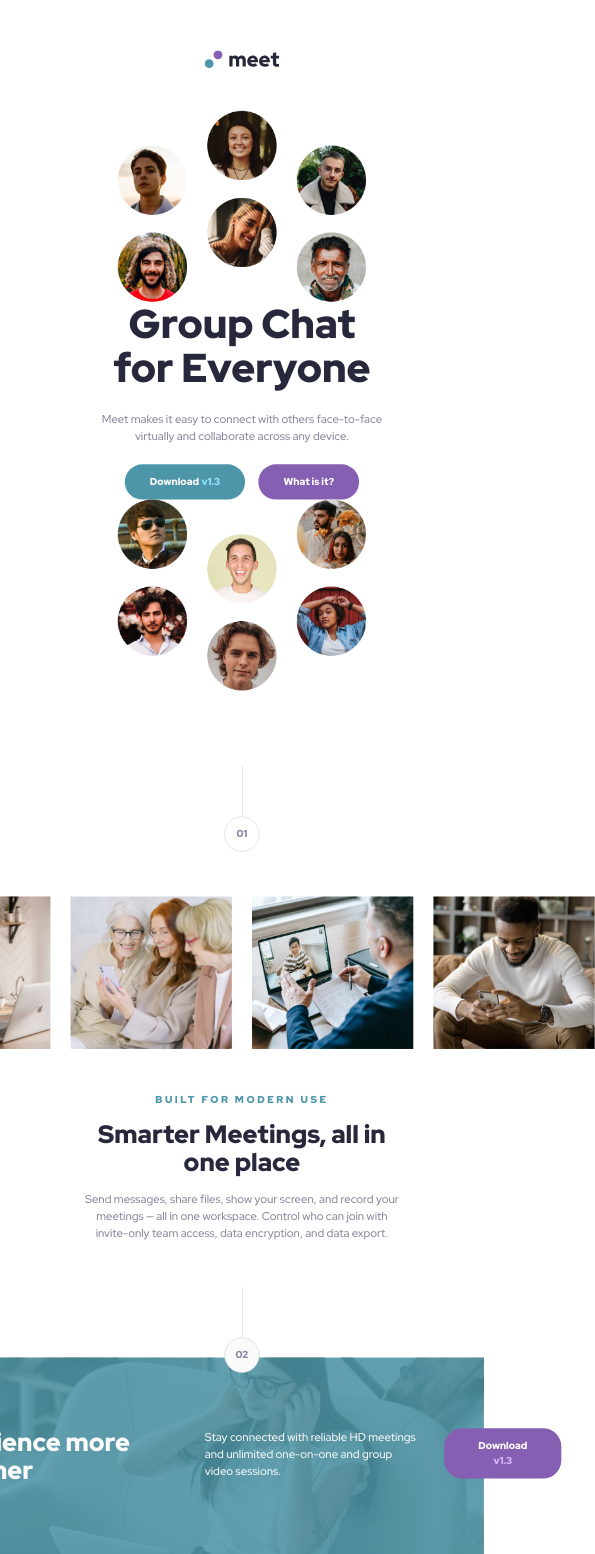
Repository: brandontaylor1/meet-landing-page
Page: index.html
These files come from the project's save history. The page is drawn as it stood at one moment and after the next save; the edit follows.
The browser window is 768 px wide. The page is 944 px wide, so the pictures cover 944 px, including what lies to the right of the window. The pictures show the whole page, at 63% of full size.

Above is the page before, as saved 2025-01-11 23:43:21.

### index.html
<!DOCTYPE html>
<html lang="en">
<head>
    <meta charset="UTF-8">
    <meta name="viewport" content="width=device-width, initial-scale=1.0">
    <link rel="preconnect" href="https://fonts.googleapis.com">
    <link rel="preconnect" href="https://fonts.gstatic.com" crossorigin>
    <link href="https://fonts.googleapis.com/css2?family=Red+Hat+Display:ital,wght@0,300..900;1,300..900&display=swap" rel="stylesheet">
    <link rel="stylesheet" href="styles.css">
    <title>Meet Landing Page</title>
</head>
<body>
    <nav class="navbar">
        <div class="logo-container">
            <img src="./assets/images/logo.svg" alt="meet logo">
        </div>
    </nav>
    <section class="hero-section">
        <img src="./assets/images/image-hero-left.png" class="hero-images"  id="left-faces" alt="Left Faces">
        <div class="hero-content">
            <h1>Group Chat for Everyone</h1>
            <p>Meet makes it easy to connect with others face-to-face virtually and collaborate across any device.</p>
            <div class="btn-container">
                <button class="hero-btn" id="downloadBtn">Download<span>v1.3</span></button>
                <button class="hero-btn" id="whatisitBtn">What is it?</button>
            </div>
        </div>
        <img src="./assets/images/image-hero-right.png" class="hero-images" id="right-faces" alt="Right Faces">
    </section>

    <section class="main-content">
        <div class="content">
            <div class="design-container">
                <div class="gray-line"></div>
                <div class="gray-circle">01</div>
            </div>
            <div class="image-container">
                <img src="./assets/images/image-woman-in-videocall.jpg" alt="woman on video call">
                <img src="./assets/images/image-women-videochatting.jpg" alt="women vidoechatting">
                <img src="./assets/images/image-men-in-meeting.jpg" alt="men in a meeting">
                <img src="./assets/images/image-man-texting.jpg" alt="man texting">
            </div>
            <div class="text-container">
                <h3>Built for Modern Use</h3>
                <h2>Smarter Meetings, all in one place</h2>
                <p>Send messages, share files, show your screen, and record your meetings — all in one workspace. Control who can join with invite-only team access, data encryption, and data export.</p>
            </div>
        </div>
    </section>
    <div class="design-container">
        <div class="gray-line"></div>
        <div class="gray-circle white">02</div>
    </div>
    <section class="footer">
        <div class="footer-grid">
            <h2>Experience more together</h2>
            <p>Stay connected with reliable HD meetings and unlimited one-on-one and group video sessions.</p>
            <button class="hero-btn" id="whatisitBtn">Download <span class="footer-span">v1.3</span></button>
        </div>
    </section>

</body>
</html>

### styles.css
* {
    margin: 0;
    padding: 0;
    box-sizing: border-box
}

:root {
    --color-white: #FAFAFA;
    --color-slate: #87879D;
    --color-lightslate: #D1D1DF;
    --color-darkslate: #28283D;
    --color-cyan: #4D96A9;
    --color-purple: #855FB1;
    --color-lightcyan: #8FE3F9;
    --color-lightpurple: #D9B8FF;

    font-size: 16px;

}

.white {
    background-color: var(--color-white);
}

.navbar {
    display: flex;
    padding: 80px 80px 0px 80px;
    flex-direction: column;
    justify-content: flex-end;
    align-items: center;
    gap: var(--spacing-100, 8px);
    align-self: stretch;

}

.hero-section {
    display: flex;
    justify-content: space-between;
    align-items: center;
    padding: 4rem 5rem;
    height: auto;
    width: 100%;
}

.left-faces {
    padding-right: 95px;
    padding-bottom: 57px;
}

.right-faces {
    padding-left: 95px;
    padding-top: 57px;
}

.hero-content {
    display: flex;
    flex-direction: column;
    align-items: center;
    justify-content: space-between;
    width: 448px;
    height: 314px;

}

.hero-content h1 {
    font-family: "Red Hat Display", sans-serif;
    font-size: 4rem;
    font-weight: 900;
    line-height: 110%;
    color: var(--color-darkslate);
    text-align: center;
}

.hero-content p {
    font-family: "Red Hat Display", sans-serif;
    font-size: 18px;
    font-weight: 500;
    line-height: 150%;
    color: var(--color-slate);
    text-align: center;

}

.hero-btn {
    padding: 16px 40px;
    border-radius: 29px;
    border: none;

}

#downloadBtn {
    background-color: var(--color-cyan);
    color: var(--color-white);
    font-size: 16px;
    font-family: "Red Hat Display", sans-serif;
    font-weight: 900;
    line-height: 150%;
    margin-right: 8.5px;
}

#downloadBtn span {
    margin-left: 4px;
    color: var(--color-lightcyan);

}

#whatisitBtn {
    background-color: var(--color-purple);
    color: var(--color-white);
    font-size: 16px;
    font-family: "Red Hat Display", sans-serif;
    font-weight: 900;
    line-height: 150%;
    margin-left: 8.5px;
}

.main-content {
    display: flex;
    flex-direction: column;
    align-items: center;
    justify-content: center;
    height: 883px;
    padding: 56px 80px 72px 80px;
}

.content {
    display: flex;
    flex-direction: column;
    align-items: center;
    justify-content: space-between;
    height: 755px;
}

.design-container {
    display: flex;
    justify-content: center;
    align-items: center;
    flex-direction: column;

}

.gray-line {
    width: 1px;
    height: 80px;
    background-color:  var(--color-lightslate);
    z-index: 5;
}

.gray-circle {
    width: 56px;
    height: 56px;
    display: flex;
    align-items: center;
    justify-content: center;
    border-radius: 50%;
    border: 1px solid var(--color-lightslate);
    color: var(--color-slate);
    font-size: 16px;
    font-family: "Red Hat Display", sans-serif;
    font-weight: 900;
    line-height: 150%;
    z-index: 5;
}

.image-container {
    display: grid;
    grid-template-columns: repeat(4, 1fr);
    gap: 32px;
}

.image-container img {
    width: 256px;
    height: auto;
}

.text-container {
    width: 500px;
    height: 235px;
    display: flex;
    flex-direction: column;
    align-items: center;
    justify-content: space-between;
}

.text-container h3 {
    font-family: "Red Hat Display", sans-serif;
    font-size: 16px;
    font-weight: 900;
    line-height: 110%;
    text-transform: uppercase;
    letter-spacing: 4px;
    color: var(--color-cyan);
}

.text-container h2 {
    font-family: "Red Hat Display", sans-serif;
    font-size: 40px;
    font-style: normal;
    font-weight: 900;
    line-height: 110%;
    text-align: center;
    color: var(--color-darkslate);
}

.text-container p {
    font-family: "Red Hat Display", sans-serif;
    font-size: 18px;
    font-style: normal;
    font-weight: 500;
    line-height: 150%;
    text-align: center;
    color: var(--color-slate)
}


.footer {
    padding: 7rem 5rem;
    display: flex;
    align-items: center;
    justify-content: center;
    background-image: url("./assets/images/image-footer.jpg");
    background-size: cover;
    background-position: center;
    background-repeat: no-repeat;
    margin-top: -1.5rem;
    position: relative;
    z-index: 0;
}

.footer-grid {
    display: flex;
    align-items: flex-start;
    justify-content: center;
    grid-template-columns: repeat(3, 1fr);
    width: 70rem;
    gap: 32px;
    z-index: 2;

}

.footer-grid h2 {
    font-family: "Red Hat Display", sans-serif;
    font-size: 2.5rem;
    font-weight: 900;
    line-height: 110%;
    color: var(--color-white);
    width: 27rem;
}

.footer-grid p {
    font-family: "Red Hat Display", sans-serif;
    font-size: 1.125rem;
    font-weight: 500;
    line-height: 150%;
    color: var(--color-white);
    width: 22rem;
}

.footer::before {
    content: "";
    position: absolute;
    top: 0;
    left: 0;
    width: 100%;
    height: 100%;
    background-color: hsla(192, 37%, 48%, 0.85); /* Adjust the color and opacity as needed */
    z-index: 1;
}

.footer-span {
    color: var(--color-lightpurple)
}


@media screen and (max-width: 768px) {
    .hero-section {
        flex-direction: column;
        padding: 4rem 2rem;
        height: auto;

    }
}

After the next save:
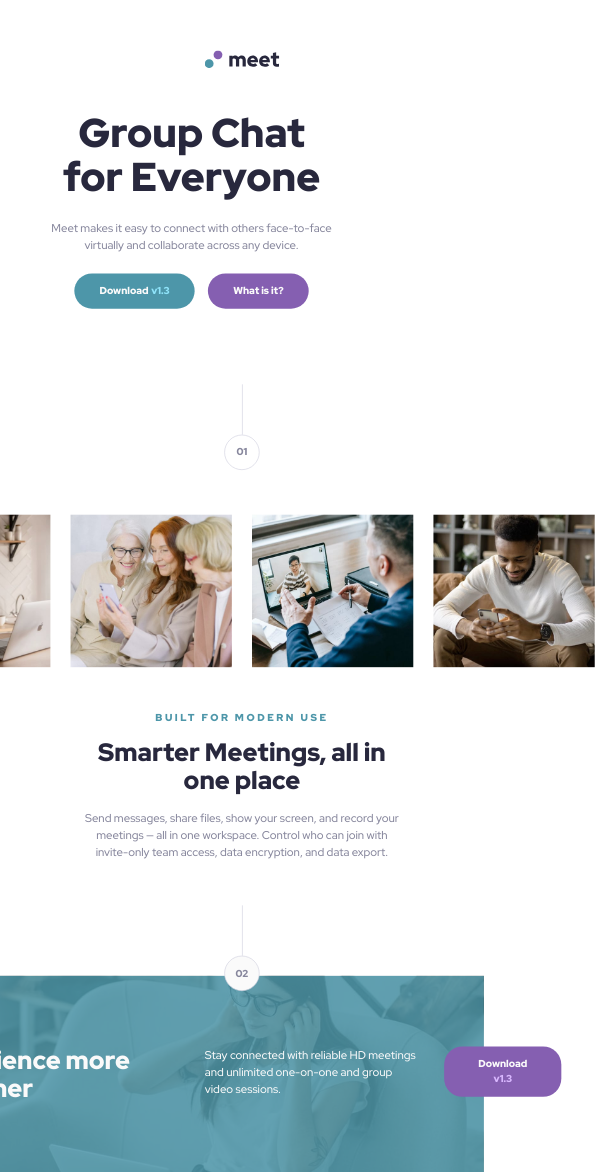
Saved 67 s later.
--- a/styles.css
+++ b/styles.css
@@ -24,11 +24,11 @@
 
 .navbar {
     display: flex;
-    padding: 80px 80px 0px 80px;
+    padding: 5rem 5rem 0 5rem;
     flex-direction: column;
     justify-content: flex-end;
     align-items: center;
-    gap: var(--spacing-100, 8px);
+    gap: var(--spacing-100, .5rem);
     align-self: stretch;
 
 }
@@ -273,10 +273,7 @@
 
 
 @media screen and (max-width: 768px) {
-    .hero-section {
-        flex-direction: column;
-        padding: 4rem 2rem;
-        height: auto;
-
+    .hero-images {
+        display: none;
     }
 }
